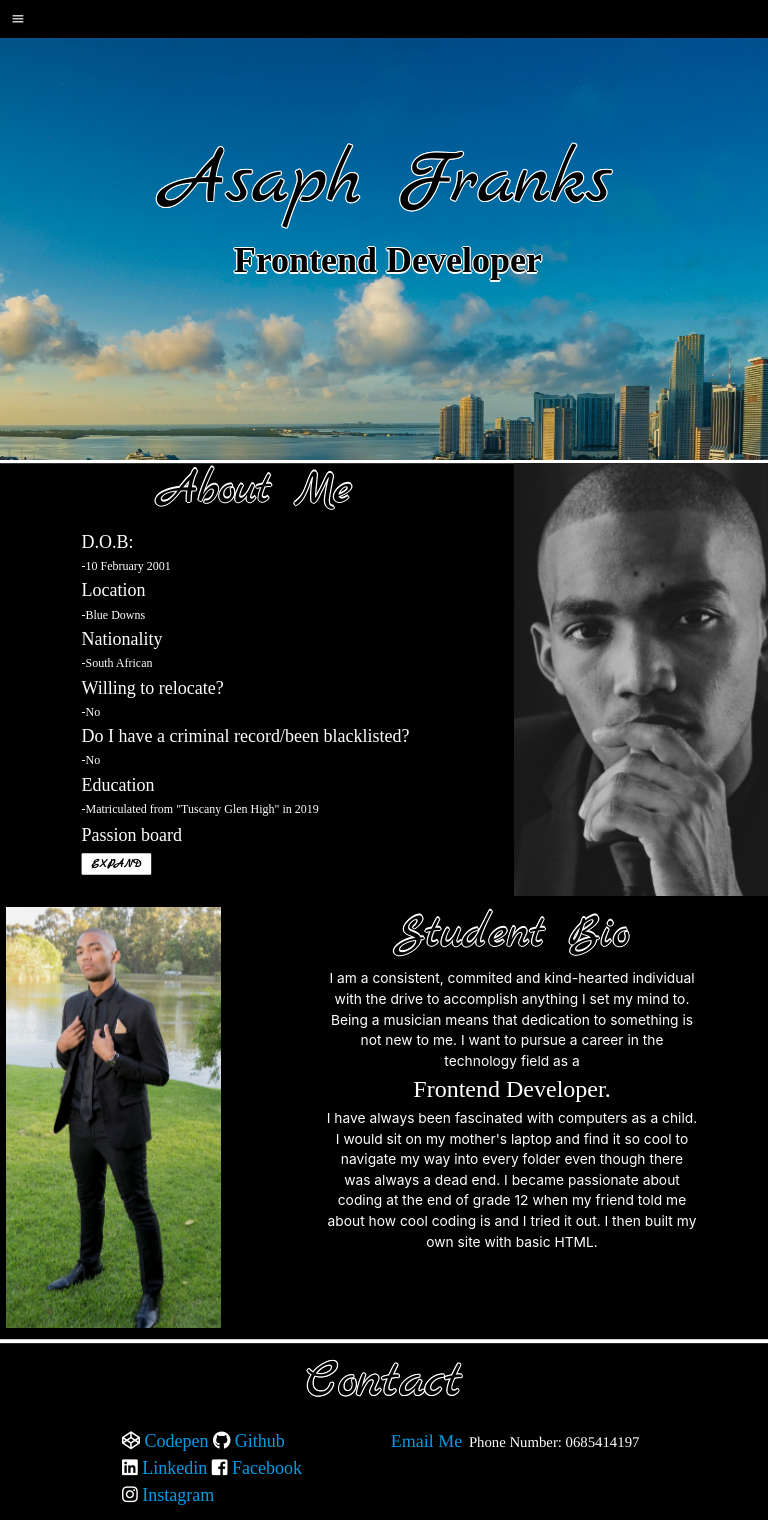
Repository: Ajtheult/portfolio.v3
Page: /portfolio-v3
The author's editor kept a copy of each file at every save. The page is drawn from the files as they stood at one save, then again after the next save.
The browser window is 1280 px wide. The pictures show the whole page, at 60% of full size.
Some web fonts or font styles are not loaded; a fallback is used. The project was rebuilt for these pictures with package versions that can differ from the ones it lists, and the page was loaded fresh each time. Also part of the build but not shown: src/components/layout/pages/Skills.js, src/components/layout/pages/MyWork.js, src/components/layout/pages/Testimonials.js.

Above is the page before, as saved 2020-07-25 20:02:53.

After the next save:
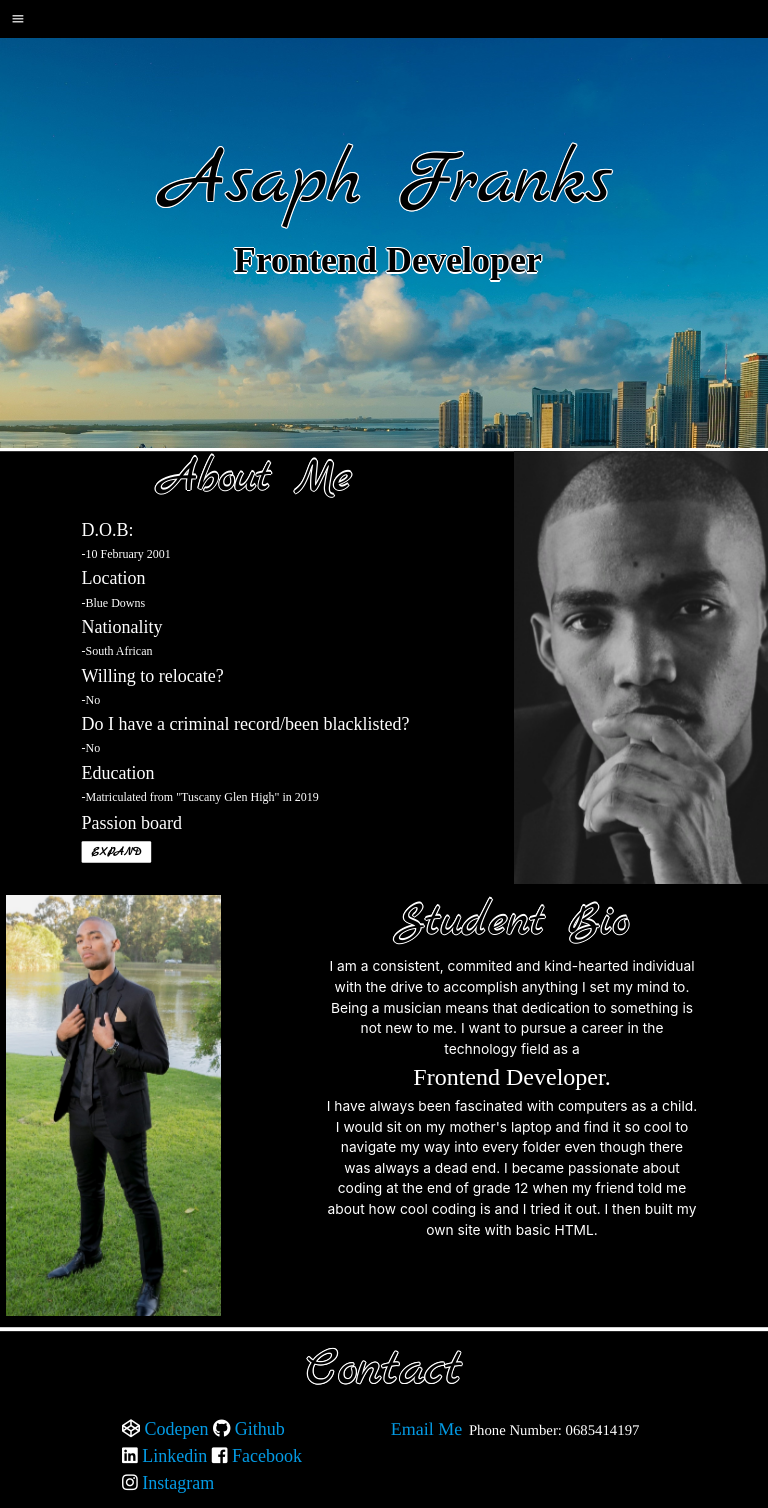
Saved 10 s later.
--- a/src/components/layout/pages/Home.js
+++ b/src/components/layout/pages/Home.js
@@ -18,7 +18,7 @@ export const Home = () => {
   return (
     <div className="colour_of_about_text">
       <Parallax bgImage={background1} strength={1000}>
-        <div style={{ height: 701 }}>
+        <div style={{ height: 681 }}>
           <div className="style_for_landingpage">
             <h1 className="intro_name_top">Asaph Franks</h1>
             <h4 className="intro_name_bottom">Frontend Developer</h4>
